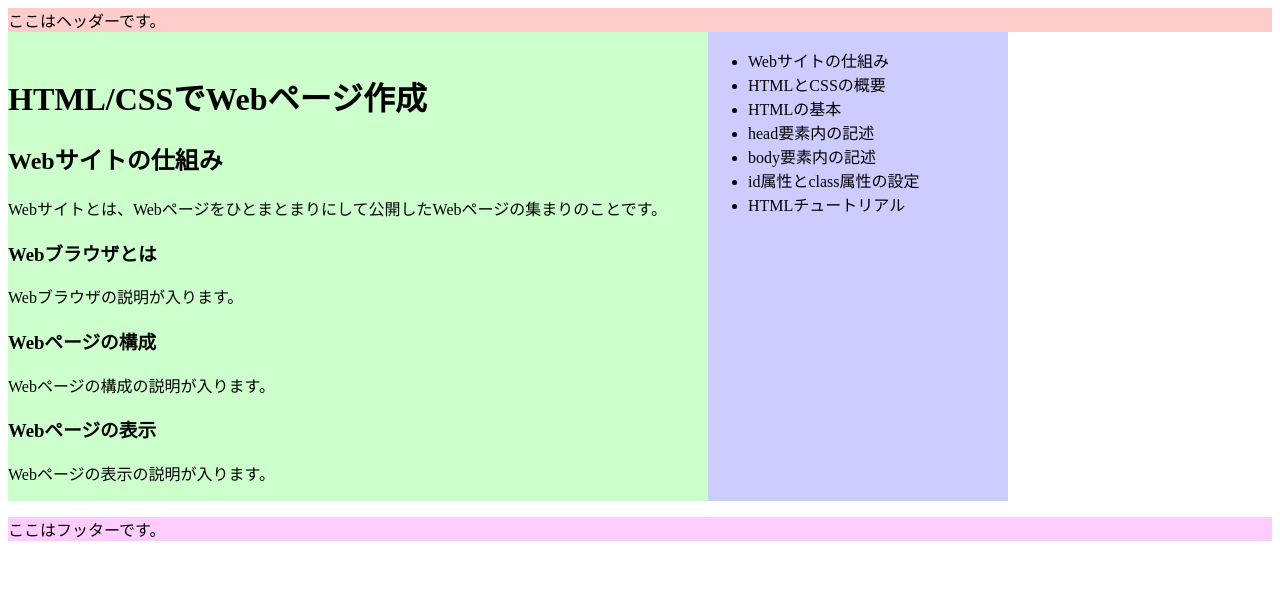
Repository: kaito-genkai/porker
Page: kadai-html.html
The author's editor kept a record of every edit. The page is drawn from the files as they stood at one moment, then again after the next edit.
The browser window is 1280 px wide. The pictures show the whole page.

Above is the page before.

After the next edit:
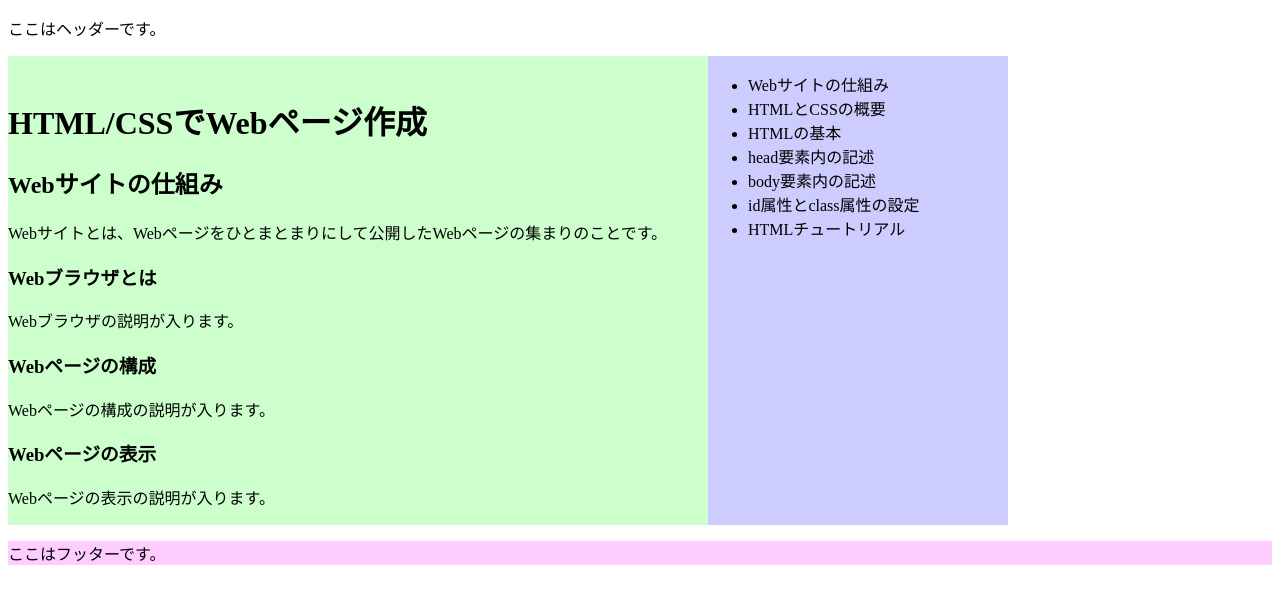
The edit:
--- a/kadai-css.css
+++ b/kadai-css.css
@@ -1,9 +1,4 @@
 @charset "UTF-8";
-
-header p {
-    background-color: #ffcccc;
-    margin: 0;
-}
 
 #wrapper {
     display: flex;
